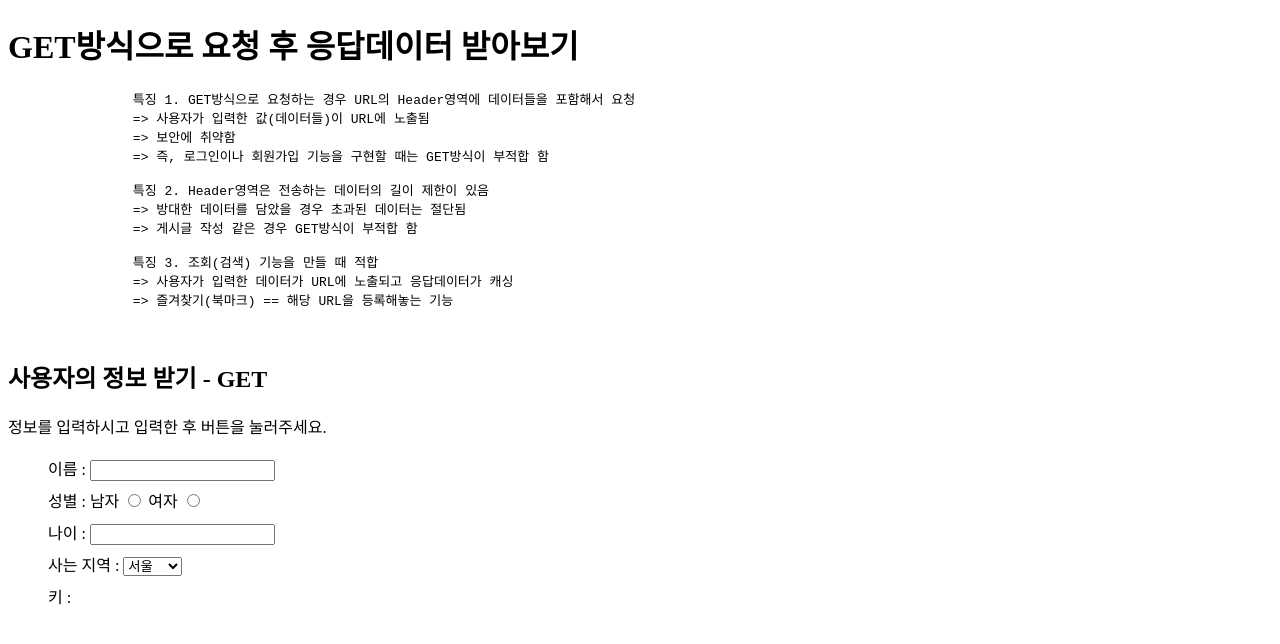
Repository: Rostreaca/0922_Web
Page: MyFirstWebProject/src/main/webapp/views/request_get.html
These files come from the project's save history. The page is drawn as it stood at one moment and after the next save; the edit follows.
The browser window is 1280 px wide. The pictures show the whole page.

Above is the page before, as saved 2025-09-22 08:12:27.

### MyFirstWebProject/src/main/webapp/views/request_get.html
<!DOCTYPE html>
<html>
<head>
<meta charset="UTF-8">
<title>Get 방식 요청 테스트</title>
<style>
	ul {
		list-style : none;
		line-height : 200%;
	}
</style>
</head>
<body>
	<h1>GET방식으로 요청 후 응답데이터 받아보기</h1>

	<pre>
		특징 1. GET방식으로 요청하는 경우 URL의 Header영역에 데이터들을 포함해서 요청
		=> 사용자가 입력한 값(데이터들)이 URL에 노출됨
		=> 보안에 취약함
		=> 즉, 로그인이나 회원가입 기능을 구현할 때는 GET방식이 부적합 함

		특징 2. Header영역은 전송하는 데이터의 길이 제한이 있음
		=> 방대한 데이터를 담았을 경우 초과된 데이터는 절단됨
		=> 게시글 작성 같은 경우 GET방식이 부적합 함

		특징 3. 조회(검색) 기능을 만들 때 적합
		=> 사용자가 입력한 데이터가 URL에 노출되고 응답데이터가 캐싱
		=> 즐겨찾기(북마크) == 해당 URL을 등록해놓는 기능

	</pre>

	<h2> 사용자의 정보 받기 - GET </h2>
	<p>정보를 입력하시고 입력한 후 버튼을 눌러주세요.</p>

	<form method="get">
		<ul>
			<li>
				이름 : <input type="text" />
			</li>
			<li>
				성별 :
				남자 <input type="radio" />
				여자 <input type="radio" />
			</li>
			<li>
				나이 : <input type="number" />
			</li>
			<li>
				사는 지역 :
				<select>
					<option>서울</option>
					<option>제주도</option>
				</select>
			</li>
			<li>
				키 :
				<input type="range" min="" max=" />
			</li>
		</ul>
	</form>



</body>
</html>

After the next save:
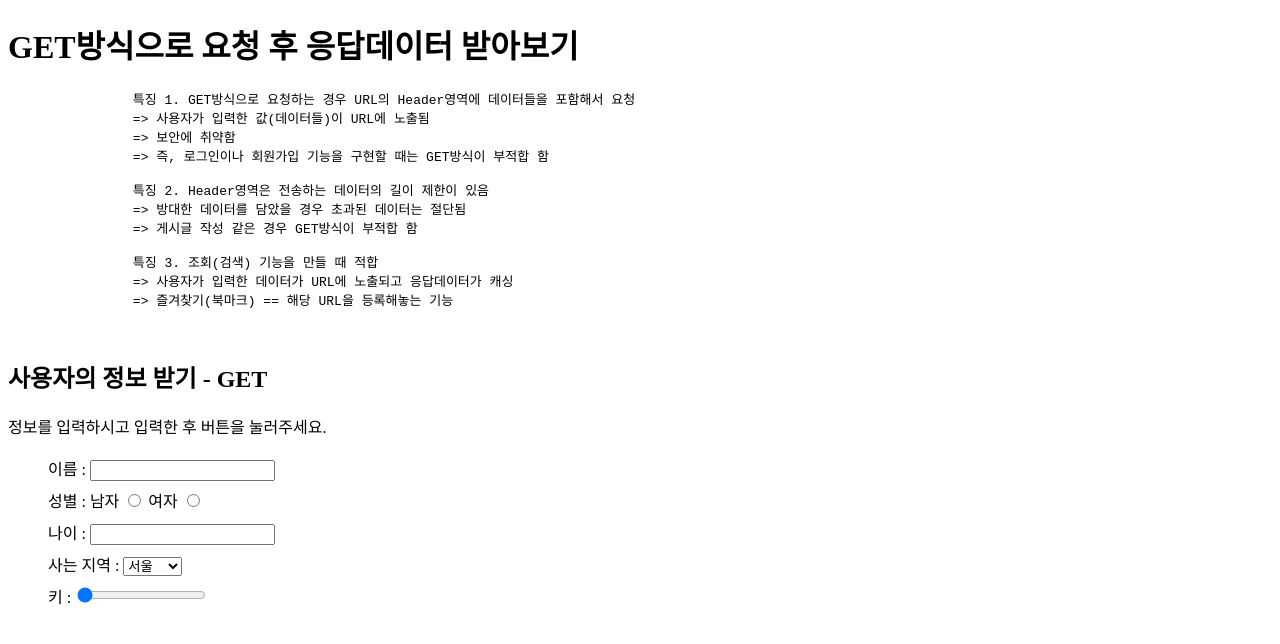
Saved 5 s later.
--- a/MyFirstWebProject/src/main/webapp/views/request_get.html
+++ b/MyFirstWebProject/src/main/webapp/views/request_get.html
@@ -54,7 +54,7 @@
 			</li>
 			<li>
 				키 :
-				<input type="range" min="" max=" />
+				<input type="range" min="130" max="" />
 			</li>
 		</ul>
 	</form>
